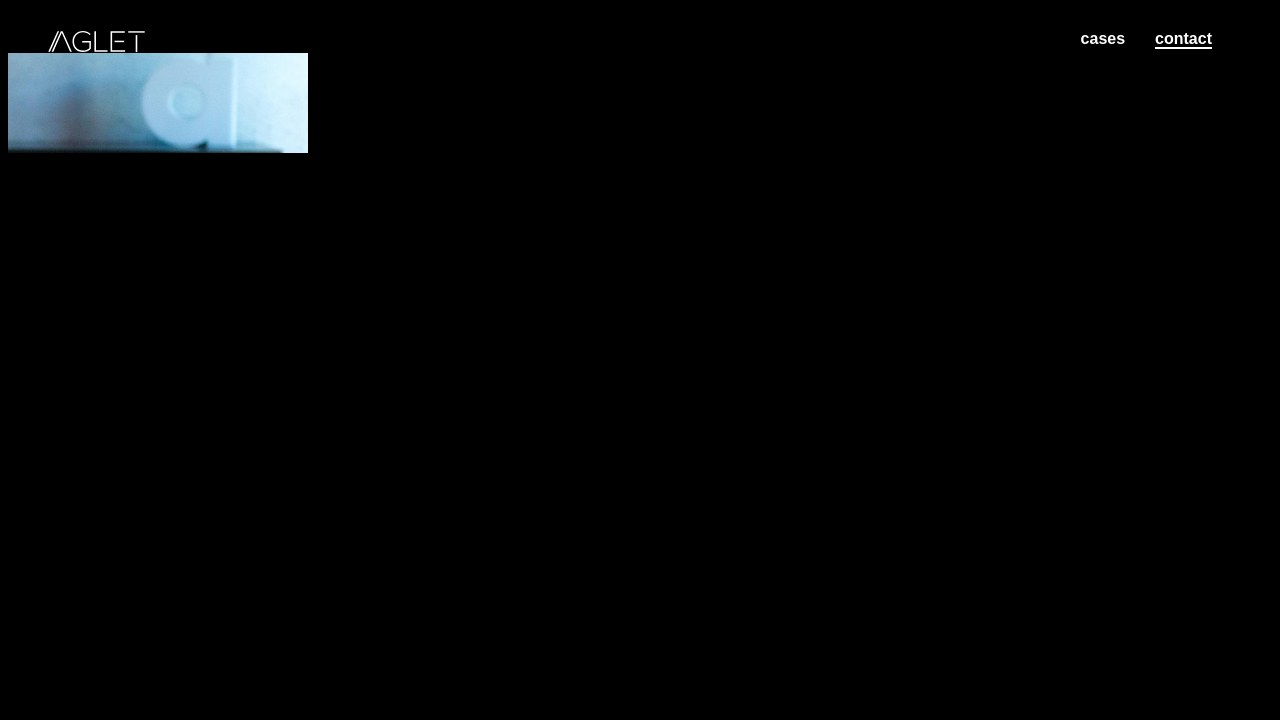
Repository: SamoraMabuya/Aglet
Page: contact.html
These files come from the project's save history. The page is drawn as it stood at one moment and after the next save; the edit follows.
The browser window is 1280 px wide. The pictures show the whole page.
The style sheet was rebuilt from its Sass, Less or Tailwind sources for each picture, by a compiler version that may differ from the author's.

Above is the page before, as saved 2020-11-16 15:33:33.

After the next save:
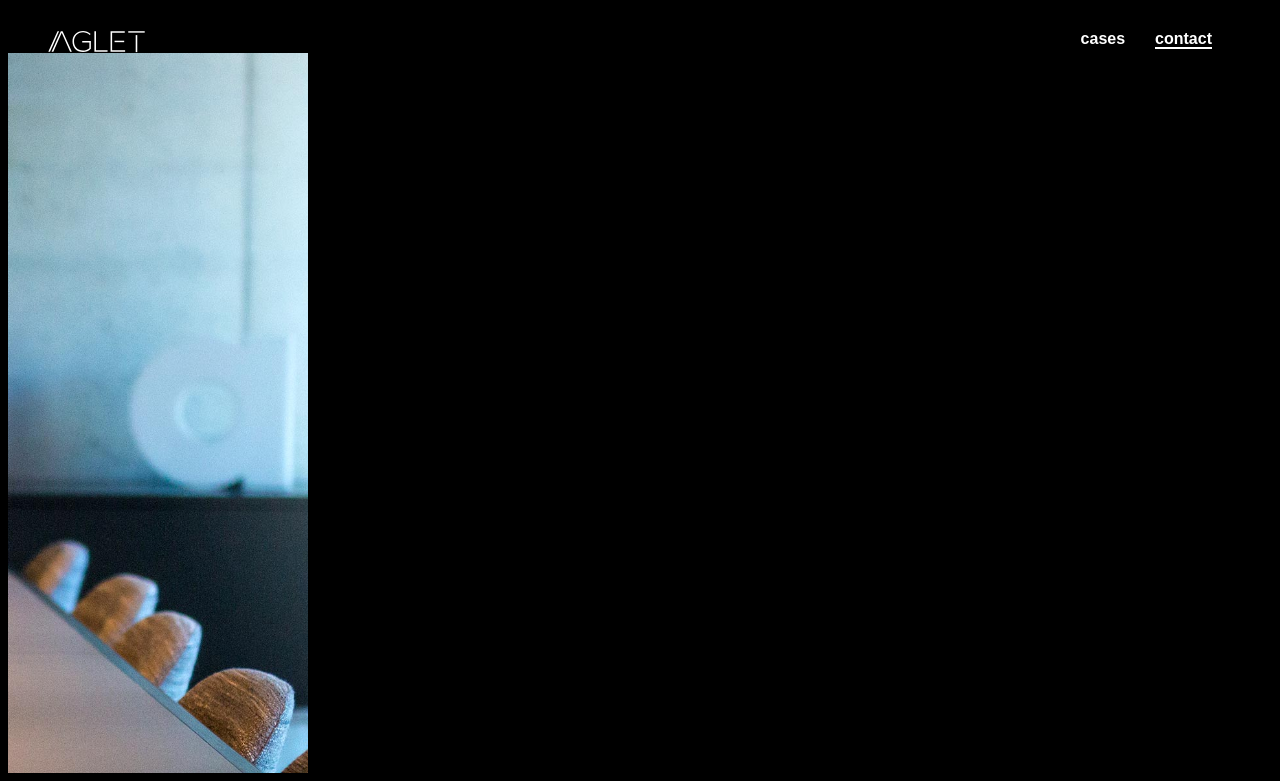
Saved 11 s later.
--- a/style/contactstyle.scss
+++ b/style/contactstyle.scss
@@ -60,7 +60,7 @@ body {
 
 .image {
     width: 300px;
-    height: 100px;
+    height: 100vh;
 }
 
 .image img {
